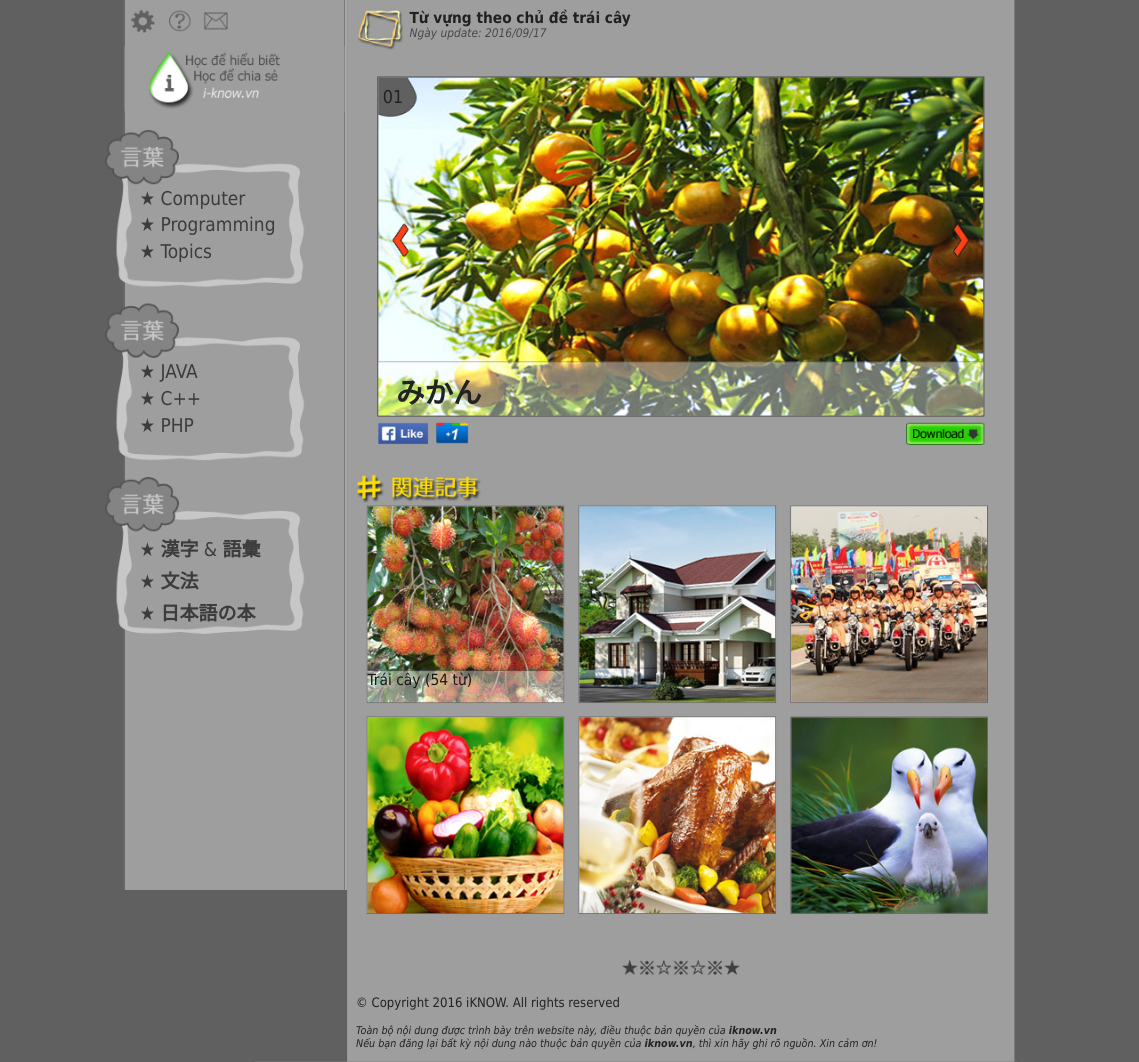
Repository: ruanonglam/_workspace
Page: Web Design/iknow.vn/WebContent/cotoba-view.html
These files come from the project's save history. The page is drawn as it stood at one moment and after the next save; the edit follows.
The browser window is 1280 px wide. The pictures show the whole page, at 89% of full size.

Above is the page before, as saved 2016-09-18 05:46:02.

After the next save:
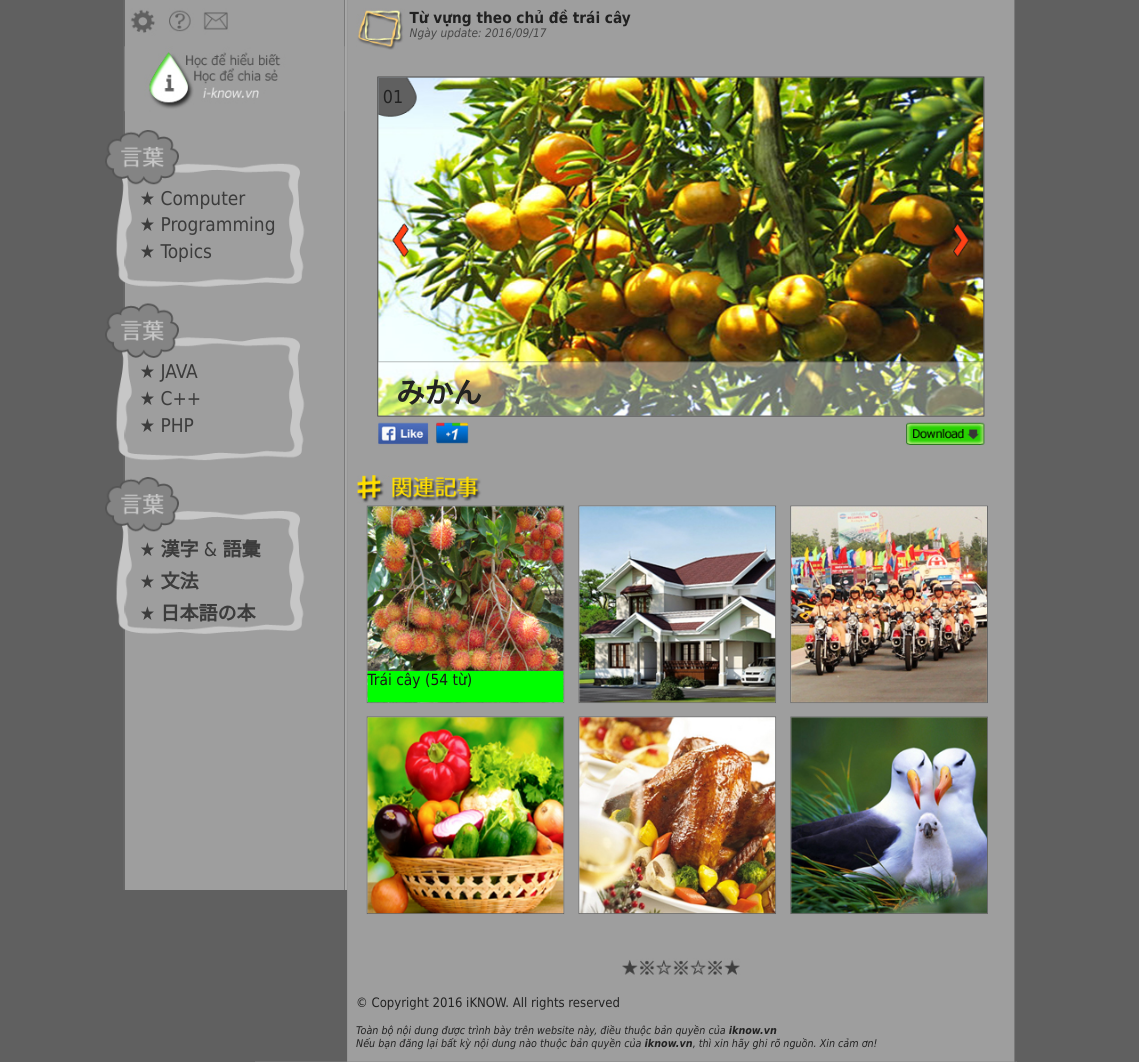
Saved 7 min 5 s later.
--- a/Web Design/iknow.vn/WebContent/_css/main.css
+++ b/Web Design/iknow.vn/WebContent/_css/main.css
@@ -247,6 +247,7 @@ div.right_relate_item font{
 	z-index: 1000;
 	font-size: 13pt;
 	color: #181818;
+	background: lime;
 }
 
 
